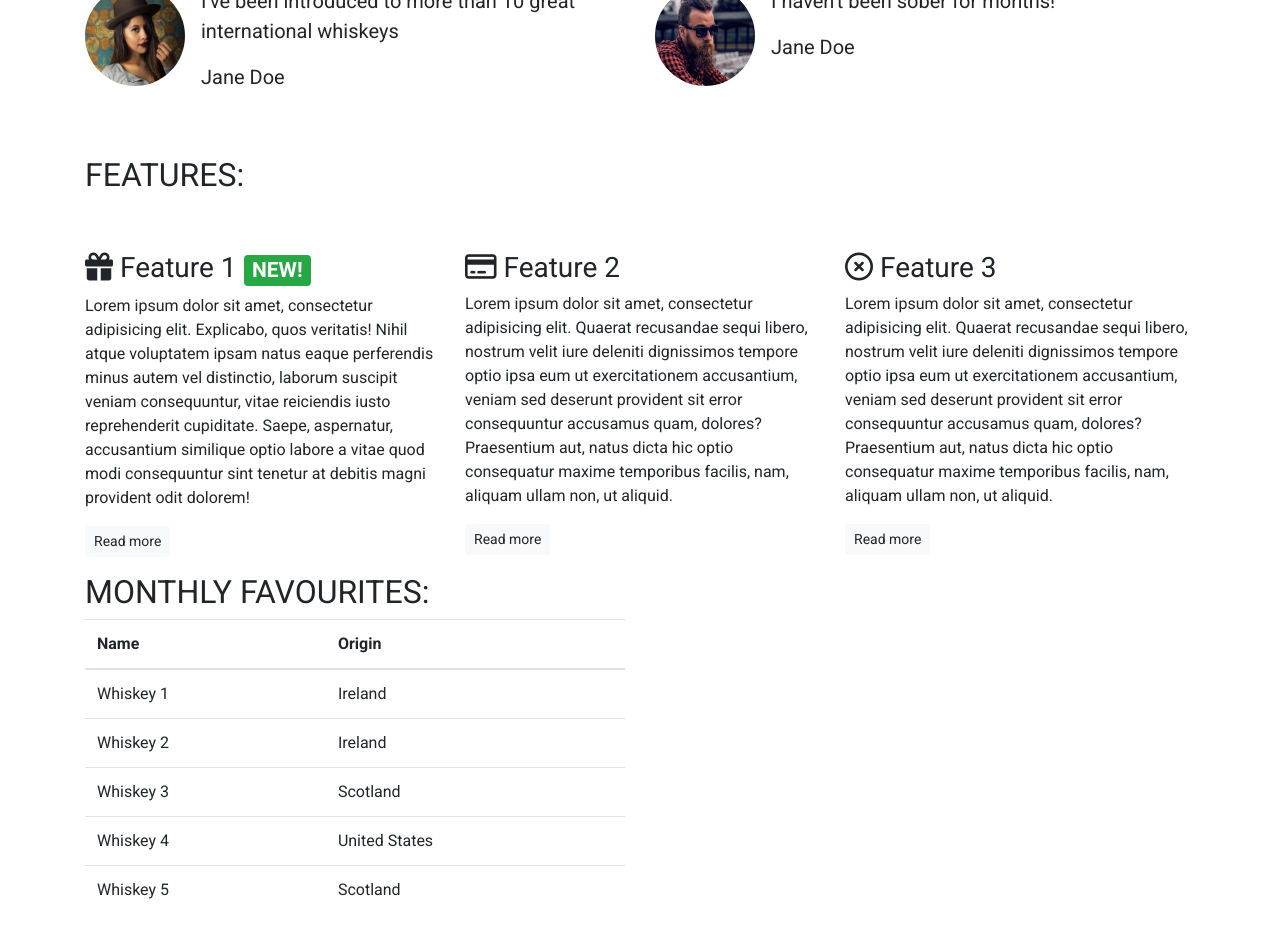
Repository: Sarani1612/whiskey-drop
Page: index.html
The author's editor kept a record of every edit. The page is drawn from the files as they stood at one moment, then again after the next edit.
The browser window is 1280 px wide. The pictures show the part of the page from y = 932 to 1884 px (the page is 1862 px tall before and 1909 px after).
Backgrounds fixed to the window are drawn as part of the page. Some web libraries are served in a nearby version.

Above is the page before.
Console error: TypeError: Cannot read properties of undefined (reading 'fn')

### index.html
<!DOCTYPE html>
<html lang="en">

<head>
    <meta charset="UTF-8">
    <meta name="viewport" content="width=device-width, initial-scale=1.0">
    <meta http-equiv="X-UA-Compatible" content="ie=edge">
    <link rel="stylesheet" href="https://stackpath.bootstrapcdn.com/bootstrap/4.3.1/css/bootstrap.min.css" integrity="sha384-ggOyR0iXCbMQv3Xipma34MD+dH/1fQ784/j6cY/iJTQUOhcWr7x9JvoRxT2MZw1T" crossorigin="anonymous">
    <script src="https://stackpath.bootstrapcdn.com/bootstrap/4.3.1/js/bootstrap.min.js" integrity="sha384-JjSmVgyd0p3pXB1rRibZUAYoIIy6OrQ6VrjIEaFf/nJGzIxFDsf4x0xIM+B07jRM" crossorigin="anonymous"></script>
    <script src="https://kit.fontawesome.com/f41741c87d.js"></script>
    <link href="https://fonts.googleapis.com/css?family=Roboto:400,700&display=swap" rel="stylesheet">
    <link rel="stylesheet" href="css/main.css" type="text/css" />
    <title>Whiskey Drop | Taste a new whiskey every month</title>
</head>

<body>
    <div class="container-fluid navalert-container">
        <div class="container-fluid alert-container">
            <div class="row d-none d-sm-block">
                <div class="col-12">
                    <div class="site-wide-alert alert alert-warning">
                        <strong>Sale Now On!</strong> We've got a sale on. Get a 12-month subscription for the price of 6!
                        <a href="/">See here for details</a>
                    </div>
                </div>
            </div>
        </div>
    </div>

    <nav class="navbar navbar-dark navbar-expand-sm">
        <a href="/" class="navbar-brand">Whiskey Drop</a>

        <button class="navbar-toggler ml-auto" type="button" data-toggle="collapse" data-target="#navbarNavDropdown" aria-controls="navbarNavDropdown" aria-expanded="false" aria-label="Toggle navigation">
    <span class="navbar-toggler-icon"></span></button>

        <div class="collapse navbar-collapse" id="navbarNavDropdown">
            <ul class="navbar-nav mr-auto">
                <li class="active nav-item mr-2"><a class="nav-link" href="/">Home</a></li>
                <li class="nav-item mr-2"><a class="nav-link" href="">About</a></li>
                <li class="nav-item dropdown">
                    <a class="nav-link dropdown-toggle" href="#" id="navbarDropdownMenuLink" role="button" data-toggle="dropdown" aria-haspopup="true" aria-expanded="false">
          Whiskeys
        </a>
                    <div class="dropdown-menu" aria-labelledby="navbarDropdownMenuLink">
                        <a class="dropdown-item" href="#">Irish</a>
                        <a class="dropdown-item" href="#">Scotch</a>
                        <a class="dropdown-item" href="#">Japanese</a>
                        <a class="dropdown-item" href="#">American</a>
                    </div>
                </li>

                <li class="nav-item mr-2 d-block d-sm-none"><a class="nav-link" href="">Sign In / Sign Up</a></li>
            </ul>
        </div>
        <div class="d-none d-md-block">
            <p class="navbar-text my-auto mr-2"><i>Great whiskey delivered to your door</i></p>
            <a href="/login" class="btn btn--cta btn--red">Sign In / Sign Up</a>
        </div>
    </nav>

    <div class="container-fluid callout-container">
        <!-- Callout -->
        <div class="opaque-overlay">&nbsp;</div>
        <div class="row">
            <div class="col-12">
                <section class="callout jumbotron text-center">
                    <h1 class="jumbotron-header">The finest whiskeys delivered to your doorstep</h1>
                    <hr class="block-divider block-divider-orange">
                    <p class="lead">Sign up today to start receiving the world's best whiskeys every month.
                        <s class="d-none d-sm-inline">19.99€</s>
                        <span class="d-inline d-sm-none"><br></span>
                        <strong><mark>One is free!</mark></strong></p>
                    <button class="btn btn-lg btn--cta btn--red" data-toggle="modal" data-target="#signUpModal">Sign Up!</button>
                    <p class="text-muted"><small>You must be over 18 to sign up to our service. Pease drink responsibly.</small></p>
                </section>
            </div>
        </div>
        <!-- /.Callout -->
    </div>

    <!-- Quotes -->
    <div class="container quotes-container">
        <section class="quotes">
            <div class="row">
                <div class="col-12 my-5">
                    <h2 class="text-uppercase">Quotes:</h2>
                </div>
            </div>
            <div class="row">
                <div class="col-12 col-md-6">
                    <div class="media">
                        <div class="d-none d-sm-block">
                            <img src="Images/girl-image.png" class="rounded-circle mr-3" height=100 width=100>
                        </div>
                        <div class="media-body">
                            <blockquote class="blockquote">
                                <p>I've been introduced to more than 10 great international whiskeys</p>
                                <p>Jane Doe</p>
                            </blockquote>
                        </div>
                    </div>
                </div>
                <div class="col-12 col-md-6">
                    <div class="media">
                        <div class="d-none d-sm-block">
                            <img src="Images/guy-image.png" class="rounded-circle mr-3" height=100 width=100>
                        </div>
                        <div class="media-body">
                            <blockquote class="blockquote">
                                <p>I haven't been sober for months!</p>
                                <p>Jane Doe</p>
                            </blockquote>
                        </div>
                    </div>
                </div>
            </div>
        </section>
        <!-- /.quotes -->
    </div>

    <!-- Features -->
    <div class="container features-container">
        <section class="features">
            <div class="row">
                <div class="col-12 my-5">
                    <h2 class="text-uppercase">Features:</h2>
                </div>
            </div>
            <div class="row">
                <div class="col-12 col-md-6 col-lg-4">
                    <div class="feature">
                        <h3><i class="fas fa-gift d-none d-sm-inline"></i> Feature 1 <span class="badge badge-success">NEW!</span></h3>
                        <p>Lorem ipsum dolor sit amet, consectetur adipisicing elit. Explicabo, quos veritatis! Nihil atque voluptatem ipsam natus eaque perferendis minus autem vel distinctio, laborum suscipit veniam consequuntur, vitae reiciendis iusto
                            reprehenderit cupiditate. Saepe, aspernatur, accusantium similique optio labore a vitae quod modi consequuntur sint tenetur at debitis magni provident odit dolorem!</p>
                        <p><a class="btn btn-sm btn-light" href="">Read more</a></p>
                    </div>
                </div>
                <div class="col-12 col-md-6 col-lg-4">
                    <div class="feature">
                        <h3><i class="far fa-credit-card d-none d-sm-inline"></i> Feature 2</h3>
                        <p>Lorem ipsum dolor sit amet, consectetur adipisicing elit. Quaerat recusandae sequi libero, nostrum velit iure deleniti dignissimos tempore optio ipsa eum ut exercitationem accusantium, veniam sed deserunt provident sit error consequuntur
                            accusamus quam, dolores? Praesentium aut, natus dicta hic optio consequatur maxime temporibus facilis, nam, aliquam ullam non, ut aliquid.</p>
                        <p><a class="btn btn-sm btn-light" href="">Read more</a></p>
                    </div>
                </div>
                <div class="col-12 d-md-none d-lg-block col-lg-4">
                    <div class="feature">
                        <h3><i class="far fa-times-circle d-none d-sm-inline"></i> Feature 3</h3>
                        <p>Lorem ipsum dolor sit amet, consectetur adipisicing elit. Quaerat recusandae sequi libero, nostrum velit iure deleniti dignissimos tempore optio ipsa eum ut exercitationem accusantium, veniam sed deserunt provident sit error consequuntur
                            accusamus quam, dolores? Praesentium aut, natus dicta hic optio consequatur maxime temporibus facilis, nam, aliquam ullam non, ut aliquid.</p>
                        <p><a class="btn btn-sm btn-light" href="">Read more</a></p>
                    </div>
                </div>
            </div>
        </section>
        <!-- /.Features -->
    </div>

    <!-- Monthly Favourites -->
    <div class="container monthly-container">
        <section>
            <div class="row">
                <div class="col-12">
                    <h2 class="text-uppercase">Monthly Favourites:</h2>
                </div>
            </div>
            <div class="row">
                <div class="col-6">
                    <table class="table">
                        <thead>
                            <tr>
                                <th scope="col">Name</th>
                                <th scope="col">Origin</th>
                            </tr>
                        </thead>
                        <tbody>
                            <tr>
                                <td>Whiskey 1</td>
                                <td>Ireland</td>
                            </tr>
                            <tr>
                                <td>Whiskey 2</td>
                                <td>Ireland</td>
                            </tr>
                            <tr>
                                <td>Whiskey 3</td>
                                <td>Scotland</td>
                            </tr>
                            <tr>
                                <td>Whiskey 4</td>
                                <td>United States</td>
                            </tr>
                            <tr>
                                <td>Whiskey 5</td>
                                <td>Scotland</td>
                            </tr>
                        </tbody>
                    </table>
                </div>
            </div>
        </section>
    </div>
    <!-- /.Monthly favourites -->

    <div class="modal" tabindex="-1" role="dialog" id="signUpModal">
        <div class="modal-dialog" role="document">
            <div class="modal-content">
                <div class="modal-header">
                    <h5 class="modal-title">Sign up to Whiskey Drop!</h5>
                    <button type="button" class="close" data-dismiss="modal" aria-label="Close">
          <span aria-hidden="true">&times;</span>
        </button>
                </div>
                <div class="modal-body">
                    <form>
                        <div class="form-group">
                            <label for="exampleInputEmail1">Email address</label>
                            <input type="email" class="form-control" id="exampleInputEmail1" aria-describedby="emailHelp" placeholder="Enter email">
                            <small id="emailHelp" class="form-text text-muted">We'll never share your email with anyone else.</small>
                        </div>
                        <div class="form-group">
                            <label for="password">Password</label>
                            <input type="password" class="form-control" id="password" placeholder="Password">
                        </div>
                        <div class="form-group">
                            <label for="repeatPassword">Repeat password</label>
                            <input type="password" class="form-control" id="repeatPassword" placeholder="Repeat password">
                        </div>
                        <button type="submit" class="btn btn-success">Submit</button>
                    </form>
                </div>
            </div>
        </div>
    </div>

    <script src="https://code.jquery.com/jquery-3.3.1.slim.min.js" integrity="sha384-q8i/X+965DzO0rT7abK41JStQIAqVgRVzpbzo5smXKp4YfRvH+8abtTE1Pi6jizo" crossorigin="anonymous"></script>
    <script src="https://cdnjs.cloudflare.com/ajax/libs/popper.js/1.14.7/umd/popper.min.js" integrity="sha384-UO2eT0CpHqdSJQ6hJty5KVphtPhzWj9WO1clHTMGa3JDZwrnQq4sF86dIHNDz0W1" crossorigin="anonymous"></script>
    <script src="https://stackpath.bootstrapcdn.com/bootstrap/4.3.1/js/bootstrap.min.js" integrity="sha384-JjSmVgyd0p3pXB1rRibZUAYoIIy6OrQ6VrjIEaFf/nJGzIxFDsf4x0xIM+B07jRM" crossorigin="anonymous"></script>
</body>

</html>

### css/main.css
body {
    font-family: 'Roboto', sans-serif;
}

.container-wrapper {

}

.container-wrapper--red {
    background-color: #e6a328;
    color: white;
}

.alert-container .col-12 {
    padding-left: 0;
    padding-right: 0;
}

.site-wide-alert {
    color: #544600;
    background-color: #eec802;
    border-color: #eec802;
    border-radius: 0;
    margin-bottom: 0;
    padding: 5px 15px;
    border: 1px solid transparent;
}


.callout-container {
    height: 100vh;
    background: url("../Images/american-whiskey-bourbon-bourbon-whiskey-750077.jpg") no-repeat bottom right fixed;
    -webkit-background-size: cover;
    -moz-background-size: cover;
    -o-background-size: cover;
    background-size: cover;

    display: flex;
    align-items: center;
    justify-content: center;
    position: relative;
}

.opaque-overlay{
    position: absolute;
    top: 0;
    left: 0;
    height: 100%;
    width: 100%;
    background-color: rgba(0,0,0,0.5);
}

/*Content containers*/

.content-container {
    padding-top: 75px;
    padding-bottom: 75px;
}

/*Navbar*/

.navalert-container {
    position: absolute;
    top: 0;
    left: 0;
    z-index: 1;
    padding-left: 0;
    padding-right: 0;
}

.navbar {
    margin-bottom: 0;
    border: 0;
    width: 100%;
    background-color: rgba(0,0,0,0.25);
}

.navbar .navbar-togger {
    border: 0;
}

.navbar .navbar-brand {
    font-weight: bold;
}

.navbar .navbar-nav a {
    font-weight: bold;
}

/*Jumbotron */

.jumbotron {
    background-color: transparent;

}

.jumbotron-header {
    color: white;
    font-weight: bold;
    margin-bottom: 30px;
}

.jumbotron .lead {
    color: #f9dd8c;
    margin: 30px 0;
}

.jumbotron small {
    font-size: 60%;
    font-style: italic;
    color: #d0d0d0;
}



.quotes-container {

}

.features-container {

}

/*Page headers*/

.page-header {
    margin-bottom: 0;
    border-bottom: 0;
    text-align: center;
}

.page-header h2 {
    margin-top: 0;
}

/*Block dividers*/


.block-divider {
    width: 75px;
    height: 5px;
    border: 0;
    background-color: #444;
}

.block-divider--orange {
      background-color: #e6a328;
}

.block-divider--white {
 background-color: white;
}

.block-divider--short {
    width: 35px;
}




/*Buttons*/

.btn--cta {
    font-weight: bold;
    border-radius: 23px;
    width: 160px;
}

.btn--red {
    color: white;
    background-color: #e6a328;
    border-color: #e6a328;
}

.btn--red:hover,
.btn--red:active,
.btn--red:focus,
.btn--red:active:focus {
    border-color: #946b21;
    background-color: #946b21;
    color: white;
}

After the next edit:
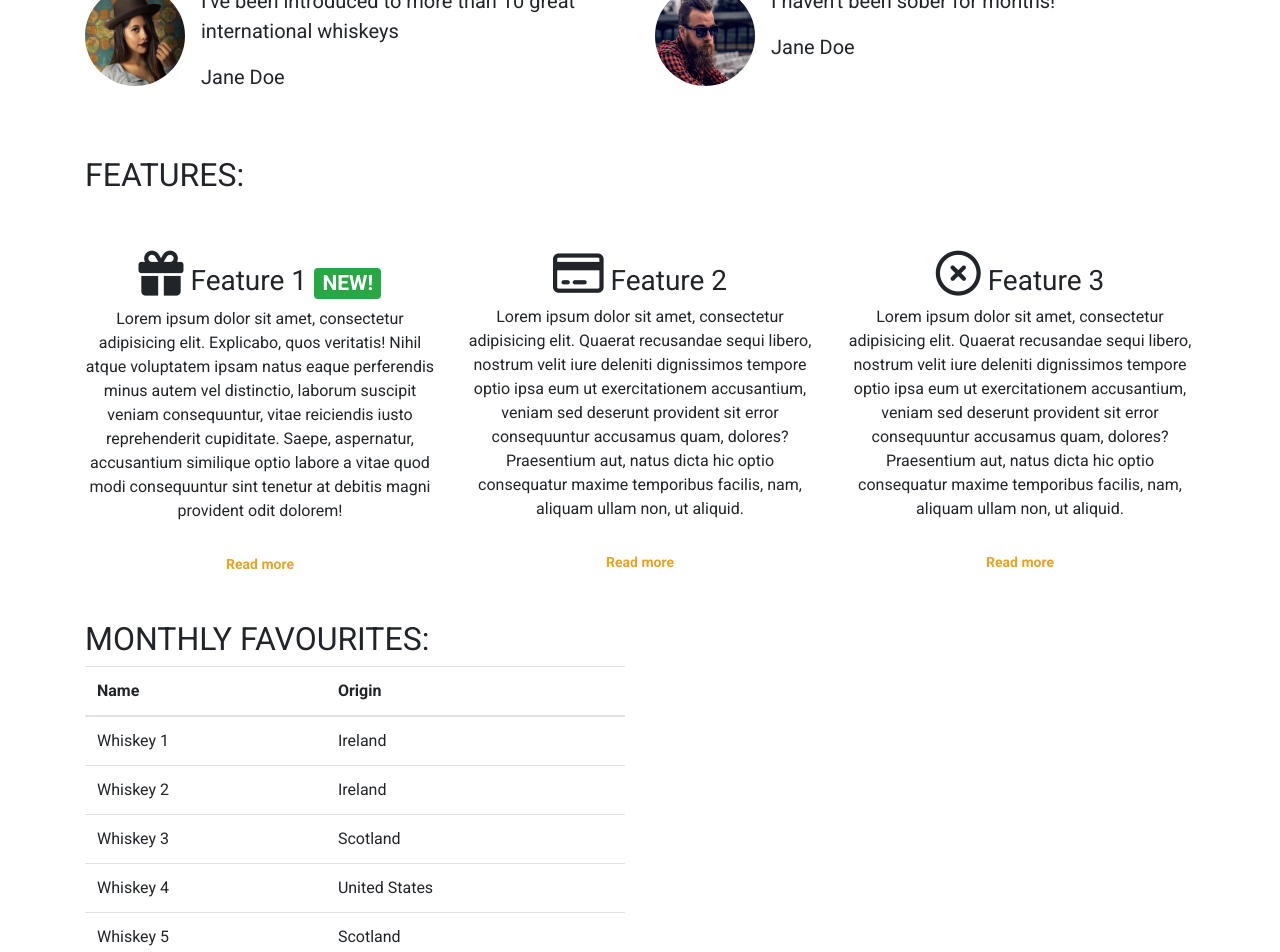
The edit:
--- a/css/main.css
+++ b/css/main.css
@@ -180,3 +180,24 @@
     background-color: #946b21;
     color: white;
 }
+
+.feature {
+    text-align: center;
+    margin-bottom: 40px;
+}
+
+.feature i {
+    margin-bottom: 20px;
+    font-size: 45px;
+    line-height: 45px;
+}
+
+.feature .btn {
+    background-color: white;
+    border-color: white;
+    border-radius: 15px;
+    min-width: 100px;
+    font-weight: bold;
+    margin-top: 10px;
+    color: #e6a328;
+}
